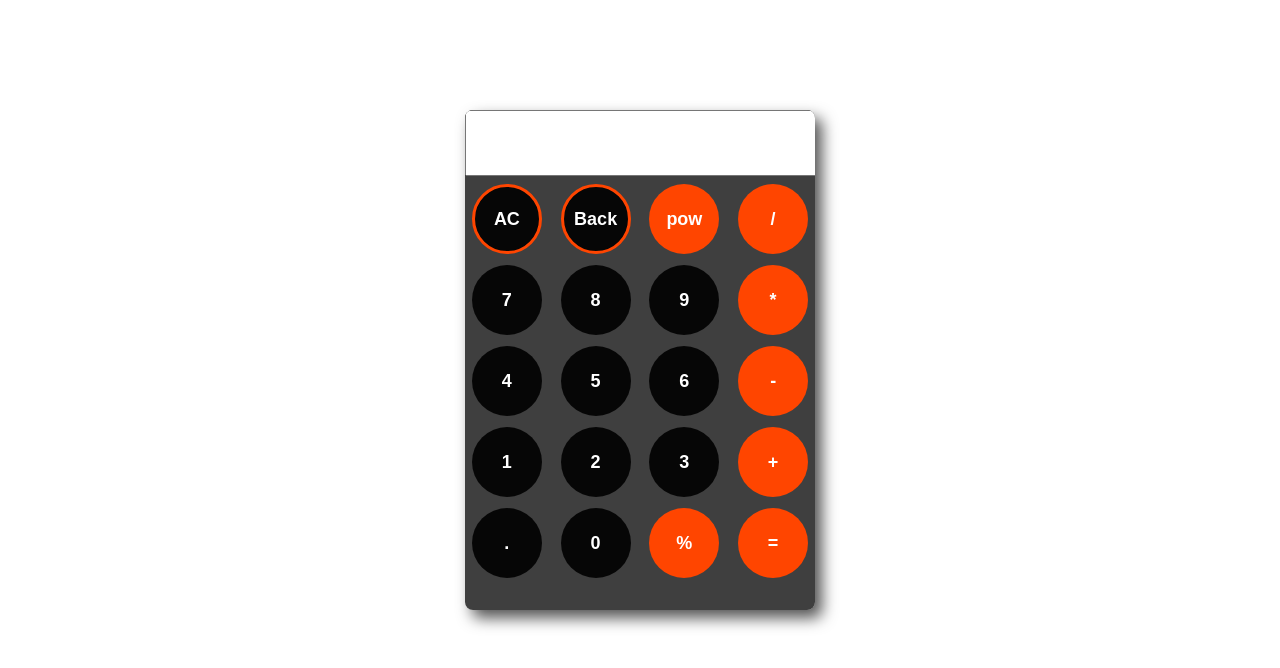
Repository: SakthivelDurai47/calculator
Page: index.html
These files come from the project's save history. The page is drawn as it stood at one moment and after the next save; the edit follows.
The browser window is 1280 px wide. The pictures show the whole page.

Above is the page before, as saved 2025-04-13 15:28:56.

After the next save:
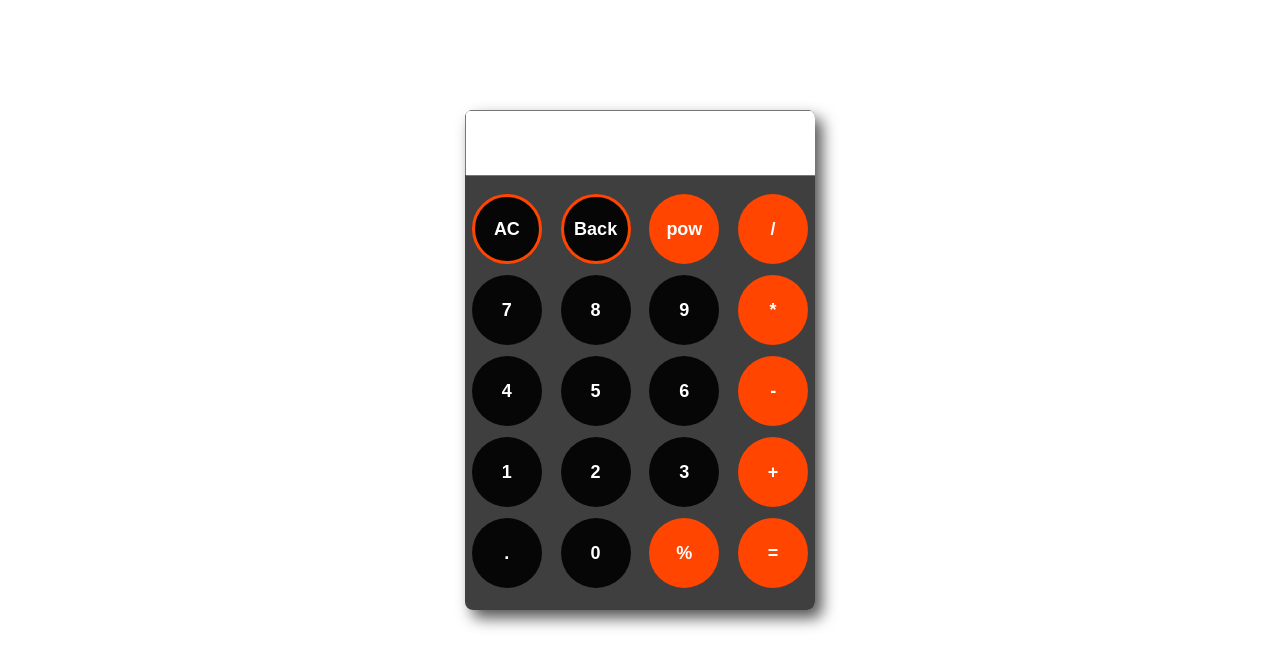
Saved 5 s later.
--- a/styles.css
+++ b/styles.css
@@ -52,5 +52,5 @@ button:active {
 #display {
   width: 100%;
   height: 60px;
-  margin-bottom: 5px;
+  margin-bottom: 15px;
 }
